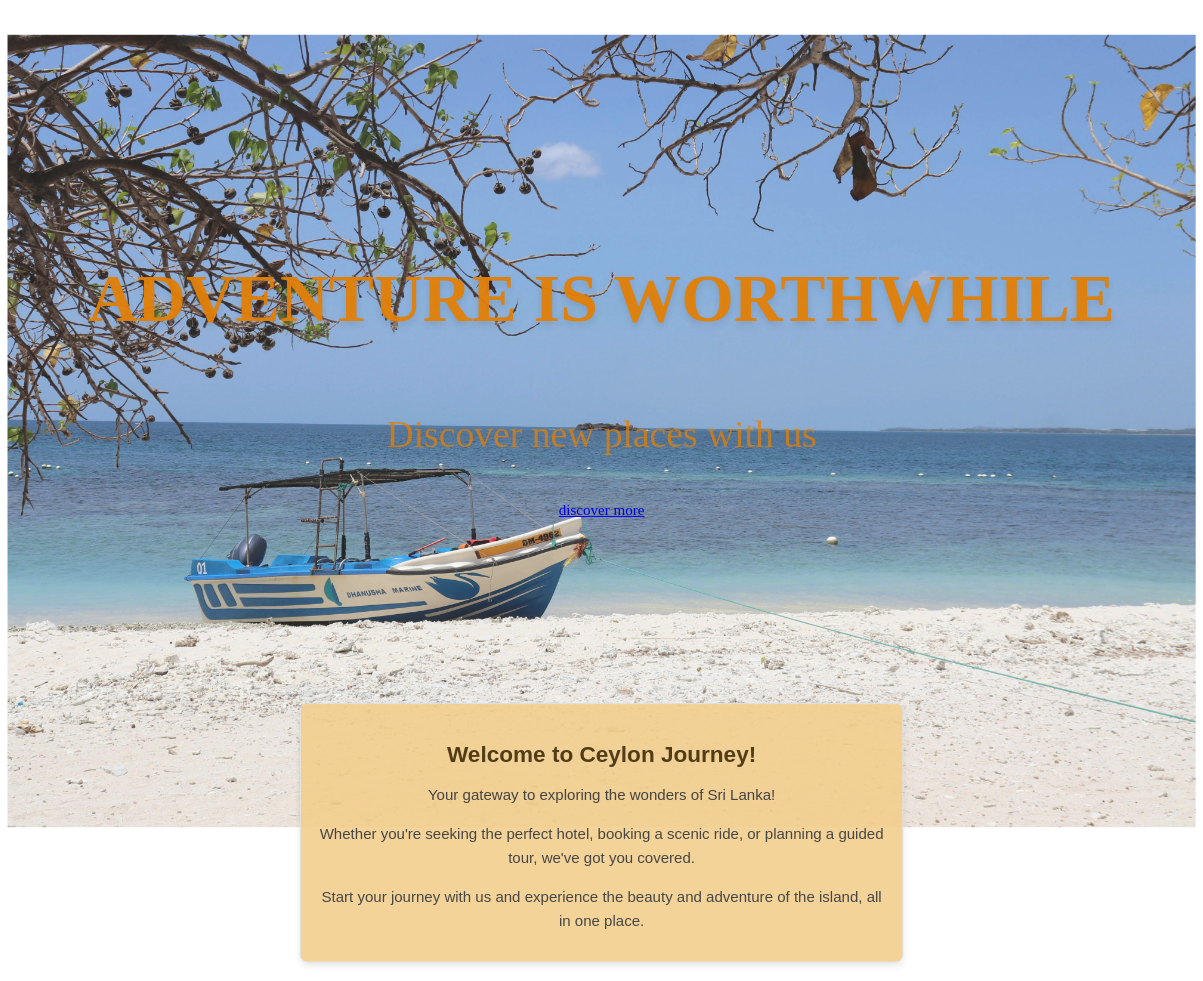
Repository: KasunInd27/Ceylon-Journey
Page: Home/home.html
These files come from the project's save history. The page is drawn as it stood at one moment and after the next save; the edit follows.
The browser window is 1280 px wide. The pictures show the whole page, at 94% of full size.

Above is the page before, as saved 2024-10-05 14:32:14.
Console error: SyntaxError: Unexpected token '<'

### Home/home.html
<!DOCTYPE html>
<html lang="en">
<head>
    <meta charset="UTF-8">
    <meta name="viewport" content="width=device-width, initial-scale=1.0">
    <!-- Font Awesome CDN link for using icons -->
    <link rel="stylesheet" href="https://cdnjs.cloudflare.com/ajax/libs/font-awesome/5.15.3/css/all.min.css">
    <link href="https://fonts.googleapis.com/css2?family=Roboto:wght@400;700&display=swap" rel="stylesheet">

    <link rel="stylesheet" href="CSS/home.css">
    <script src="JS/home.js"></script>
    <style>
        .mySlides {display:none;}
    </style>
    <title>Home Page</title>
</head>
<body>
    <section class="home" id="home">
        <div class="content">
            <h3>adventure is worthwhile</h3>
            <p>Discover new places with us</p>
            <a href="#" class="btn">discover more</a>
        </div>

        <div class="slide">
            <img class="homeSlides" src="../image/train.jpg" style="width:100%">
            <img class="homeSlides" src="../image/boat.jpg" style="width:100%">
            <img class="homeSlides" src="../image/fish.jpg" style="width:100%">
        </div>
    </section>

    <section class="welcome">
        <h2>Welcome to Ceylon Journey!</h2>
        <p>Your gateway to exploring the wonders of Sri Lanka!</p>
        <p>Whether you're seeking the perfect hotel, booking a scenic ride, or planning a guided tour, we've got you covered.</p>
        <p>Start your journey with us and experience the beauty and adventure of the island, all in one place.</p>
    </section>

    <script>
        var myIndex = 0;
        carousel();

        function carousel() {
          var i;
          var x = document.getElementsByClassName("homeSlides");
          for (i = 0; i < x.length; i++) {
            x[i].style.display = "none";
          }
          myIndex++;
          if (myIndex > x.length) {myIndex = 1}
          x[myIndex-1].style.display = "block";
          setTimeout(carousel, 4000); // Change image every 2 seconds
        }
        </script>




</body>
</html>

### Home/CSS/home.css
.home.controls {
    padding: 1rem;
    border-radius: 5rem;
    background: rgba(169, 1, 1, 0.7);
    position: relative;
    top: 10rem;

}

.home .controls .img-btn {

    height: 2rem;
    width: 2rem;
    display: inline-block;
    border-radius: 50%;
    background: #fff;
    cursor: pointer;
    margin: 0 .5rem;

}
.home .controls .img-btn.active {
    background: var(--orange);
}

.content
{
    margin-top: 20px;
}

#home {
    min-height: 100vh;
    /* Ensures it takes up the full viewport height */
    display: flex;
    /* Enables flexbox layout */
    align-items: center;
    /* Vertically centers content */
    justify-content: center;
    /* Horizontally centers content */
    flex-flow: column;
    /* Aligns children in a column layout */
    position: relative;
    /* Allows child elements to use absolute positioning */
    z-index: 0;
    /* Ensures this section has the correct stacking order */
}
.home .content {
    text-align: center;
    /* Centers the text within the .content container */
}
/* Styles for h3 elements inside the .content class within the .home section */

.home .content h3 {
    font-size: 4.5rem;
    /* Sets a large font size for the heading */
    color: #e17f08f4;
    /* White text color */
    text-transform: uppercase;
    /* Makes the text uppercase */
    text-shadow: 0 .3rem .5rem rgba(0, 0, 0, .1);
    /* Adds a soft shadow to the text */
}

.home .content p {
    font-size: 2.5rem;
    /* Sets the font size for paragraphs inside the .content class in the .home section */
    color: #e17f08f4;
    /* Sets the text color to white */
    padding: 0.5rem 0;
    /* Adds vertical padding (top and bottom) of 0.5rem */
    opacity: 0.80;
    z-index: -1;
}


.slide
{
    margin-top: -590px;
    background-size:contain;
    background-position:center;
    background-repeat: no-repeat;
    position:absolute;
    width: 100%;
    height: 10%;
    opacity: 0.90;
    z-index: -1;
}

.welcome {
    background-color: #f3cf8e; /* Light background */
    border: 1px solid #dee2e6; /* Border around the section */
    border-radius: 8px; /* Rounded corners */
    padding: 20px; /* Padding inside the section */
    margin: 20px auto; /* Center the section */
    max-width: 600px; /* Maximum width */
    text-align: center; /* Center text */
    box-shadow: 0 4px 8px rgba(0, 0, 0, 0.1); /* Subtle shadow for depth */
    font-family: 'Playwrite Deutschland Grundschrift', sans-serif; /* Apply the Roboto font */
    z-index: -1;
    opacity: 0.90;
}

.welcome h2 {
    color: #412b03; /* Primary color for heading */
    margin-bottom: 15px; /* Space below the heading */
    z-index: -5;
}

.welcome p {
    color: #333; /* Dark gray for text */
    line-height: 1.6; /* Improved line spacing */
    margin-bottom: 10px; /* Space below paragraphs */
    z-index: -5;
}

### Home/JS/home.js
<!DOCTYPE html>
<html lang="en">
<head>
    <meta charset="UTF-8">
    <meta name="viewport" content="width=device-width, initial-scale=1.0">
    <!-- Font Awesome CDN link for using icons -->
    <link rel="stylesheet" href="https://cdnjs.cloudflare.com/ajax/libs/font-awesome/5.15.3/css/all.min.css">
    <link href="https://fonts.googleapis.com/css2?family=Roboto:wght@400;700&display=swap" rel="stylesheet">

    <link rel="stylesheet" href="CSS/home.css">
    <script src="JS/home.js"></script>
    <style>.imgSlide {display:none;}</style>
    <title>Home Page</title>
</head>
<body>
    <section class="home" id="home">
        <div class="content">
            <h3>adventure is worthwhile</h3>
            <p>discover new places with us,adventure awaits</p>
            <a href="#" class="btn">discover more</a>
        </div>

        <div class="image-slide" style="max-width:500px">
            <img class="imgSlide" src="../image/train.jpg" style="width:100%">
            <img class="imgSlide" src="../image/elephants.jpg" style="width:100%">
            <img class="imgSlide" src="../image/boats.jpg" style="width:100%">
            <img class="imgSlide" src="../image/fish.jpg" style="width:100%">
            <img class="imgSlide" src="../image/arc.jpg" style="width:100%">

        </div>


    </section>
</body>
</html>

After the next save:
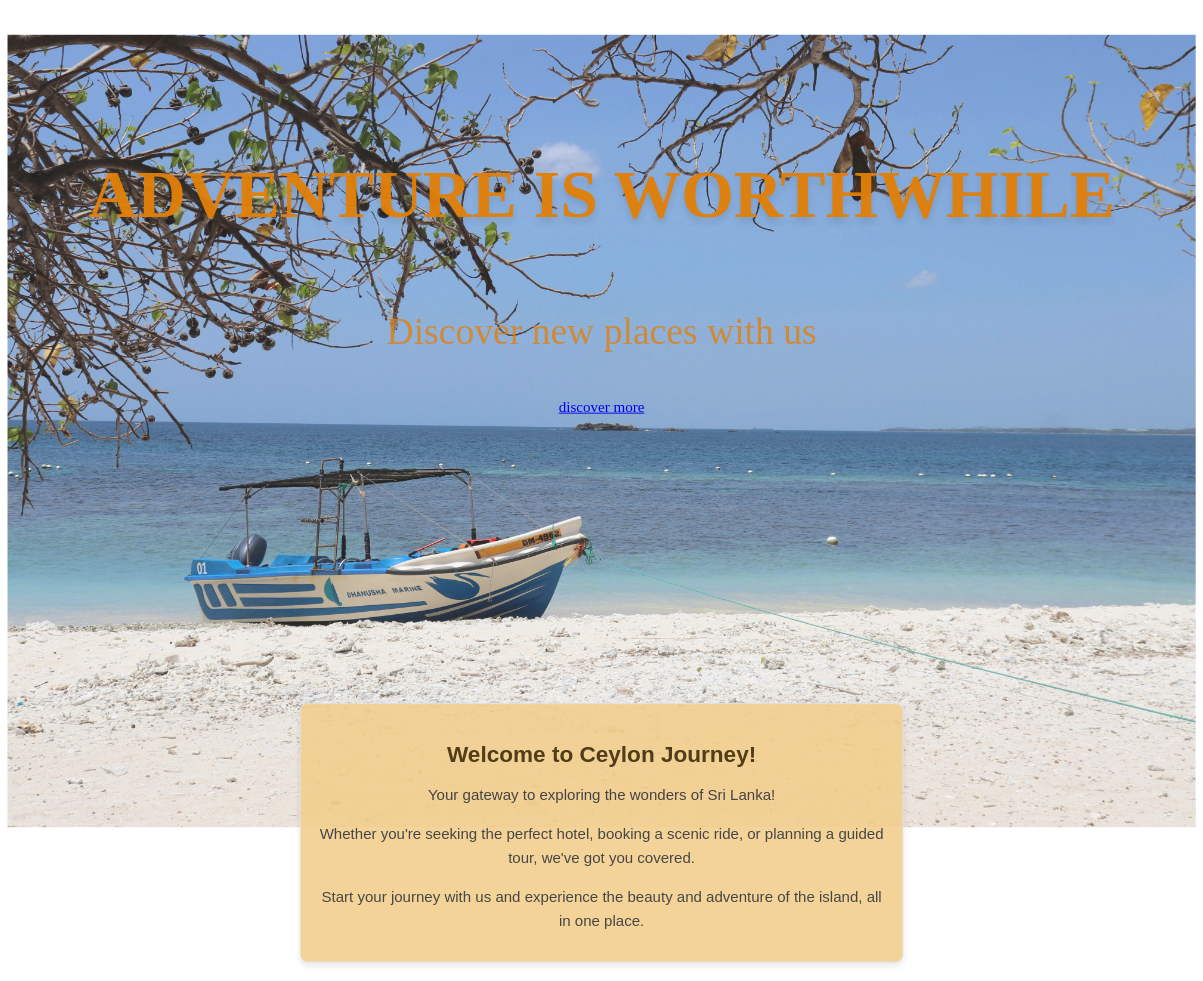
Saved 49 s later.
--- a/Home/CSS/home.css
+++ b/Home/CSS/home.css
@@ -24,7 +24,7 @@
 
 .content
 {
-    margin-top: 20px;
+    margin-top: -200px;
 }
 
 #home {
